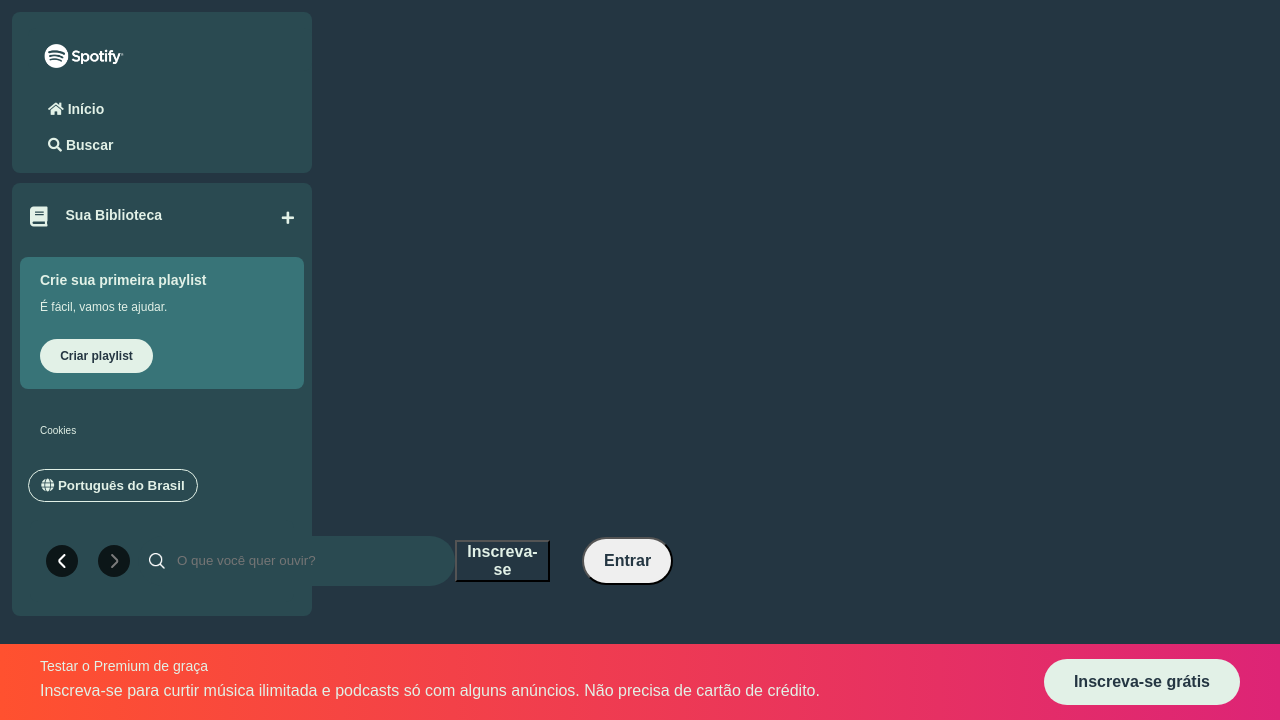
Repository: rafaazevedo-gs/Imers-o-Alura-Front-end
Page: index.html
The author's editor kept a copy of each file at every save. The page is drawn from the files as they stood at one save, then again after the next save.
The browser window is 1280 px wide. The pictures show the whole page.

Above is the page before, as saved 2025-01-30 17:59:40.

After the next save:
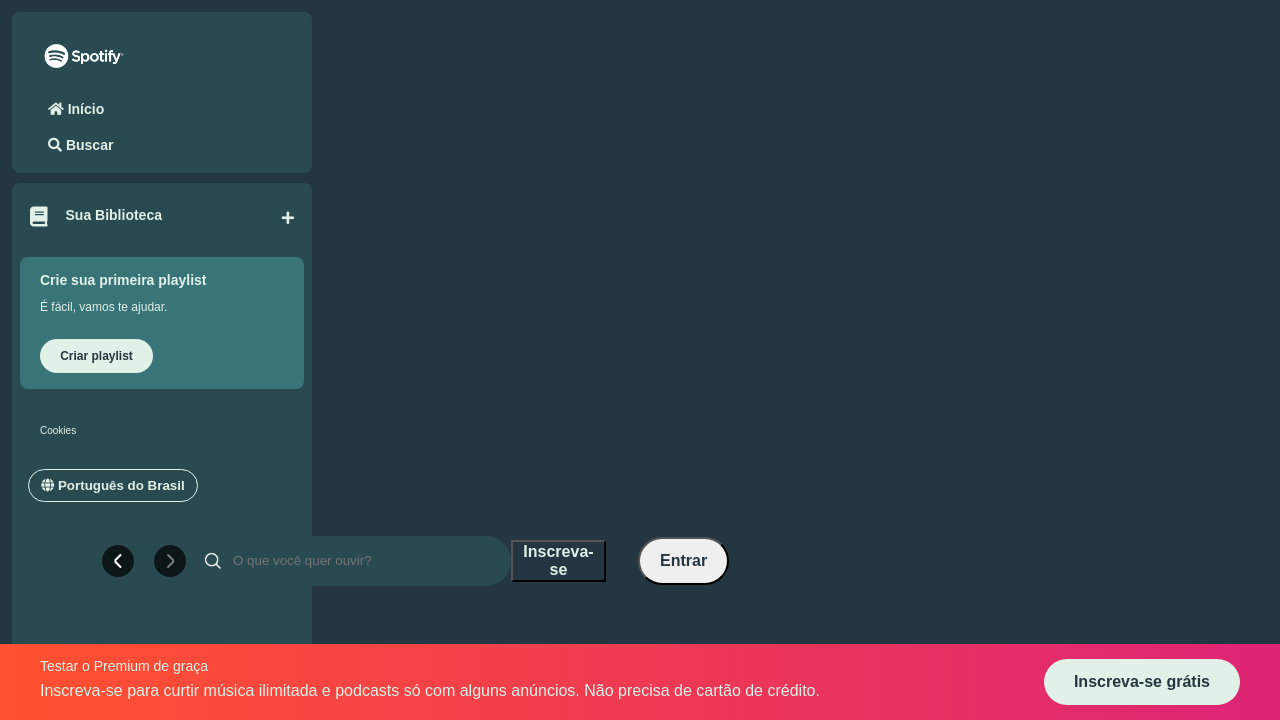
Saved 118 s later.
--- a/index.html
+++ b/index.html
@@ -64,7 +64,7 @@
         </div>
 
         <main>
-            <div class="main-container">
+            <div class="main-contairner">
                 <nav class="header__navigation">
                     <div class="navigation">
                         <button class="arrow-left">
@@ -74,28 +74,30 @@
                             <img src="./src/icons/small-right.png" alt="Seta direita">
                         </button>
                     </div>
-                    <div class="header__search">
-                        <img src="./src/icons/search.png" alt="">
-                        <input id="search-input" type="text" maxlength="800" placeholder="O que você quer ouvir?" />
-                    </div>
-                    <div class="header__login">
-                        <button class="subscribe">Inscreva-se</button>
-                        <button class="login">Entrar</button>
+
+                        <div class="header__search">
+                            <img src="./src/icons/search.png" alt="">
+                            <input id="search-input" type="text" maxlength="800" placeholder="O que você quer ouvir?"/>
+                        </div>
+
+                        <div class="header__login">
+                            <button class="subscribe">Inscreva-se</button>
+                            <button class="login">Entrar</button>
+                        </div>
                     </div>
                 </nav>
             </div>
         </main>
+
         <footer class="disclaimer-premium">
             <div class="text">
                 <p class="disclaimer-premium__title">Testar o Premium de graça</p>
-                <p class="disclaimer-premium__subtitle">
-                    Inscreva-se para curtir música ilimitada e podcasts só com alguns
-                    anúncios. Não precisa de cartão de crédito.
-                </p>
+                <p class="disclaimer-premium__subtitle">Inscreva-se para curtir música ilimitada e podcasts só com alguns anúncios. Não precisa de cartão de crédito.</p>
             </div>
             <div class="button">
                 <button type="button">Inscreva-se grátis</button>
             </div>
         </footer>
-    </body>
-    </html>
+    </div>
+</body>
+</html>

After the save that followed:
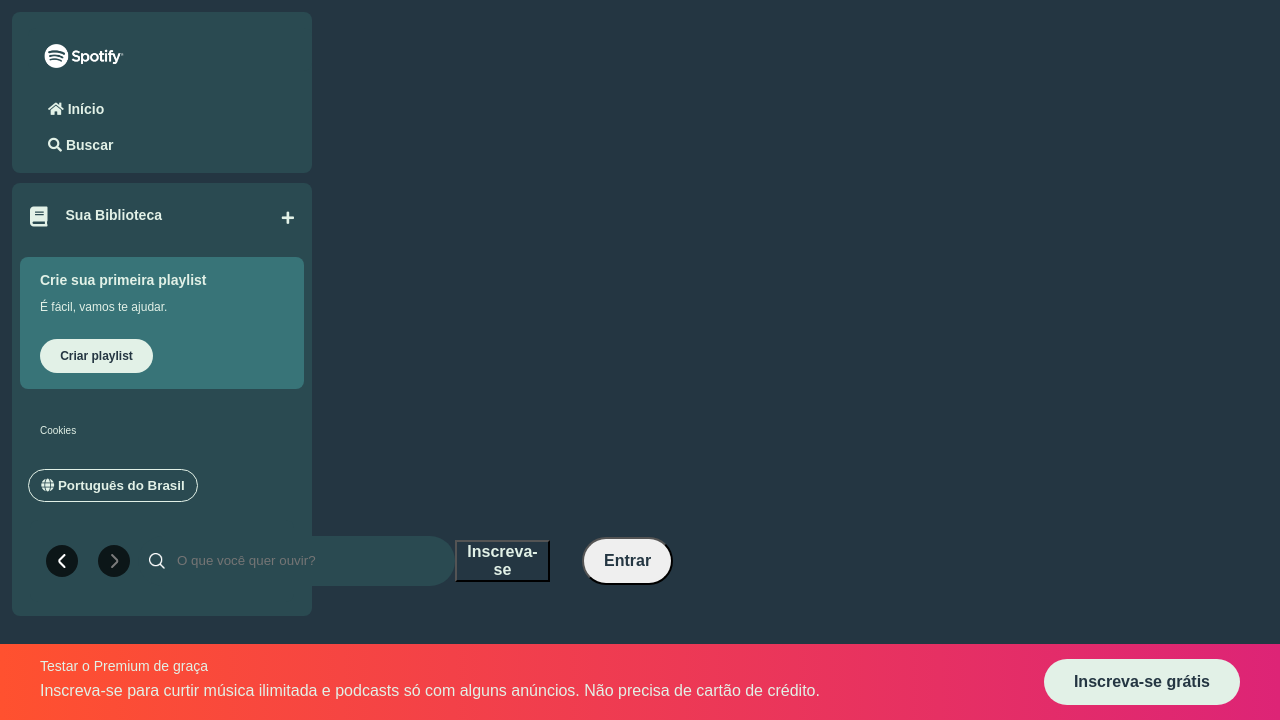
Saved 66 s later.
--- a/src/styles/main-content.css
+++ b/src/styles/main-content.css
@@ -1,6 +1,6 @@
 /* HEADER */
 
-.main-contairner {
+.main-container {
     max-width: 80vw;
     height: 100vh;
     margin-left: 56px;
